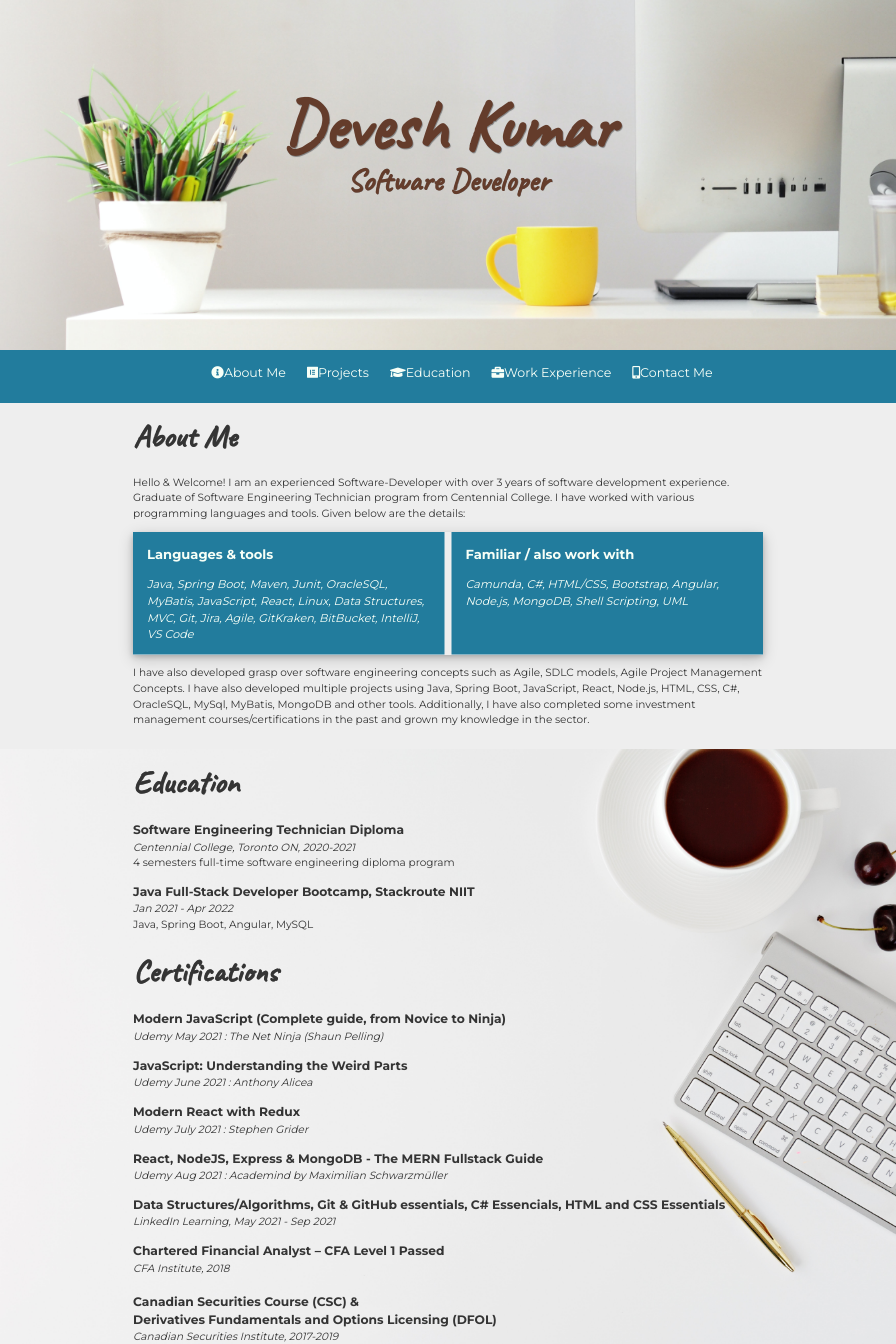
Repository: My-Web-Page/MyWebPage
Page: index.html
An editor plug-in stored every save of this project. The page is shown before and after the next save, followed by the edit.
The browser window is 1280 px wide. The pictures show the part of the page from y = 0 to 1920 px (the page is 4295 px tall before and 3935 px after), at 70% of full size.
Some web libraries are served in a nearby version.

Above is the page before, as saved 2023-04-11 13:57:09.

After the next save:
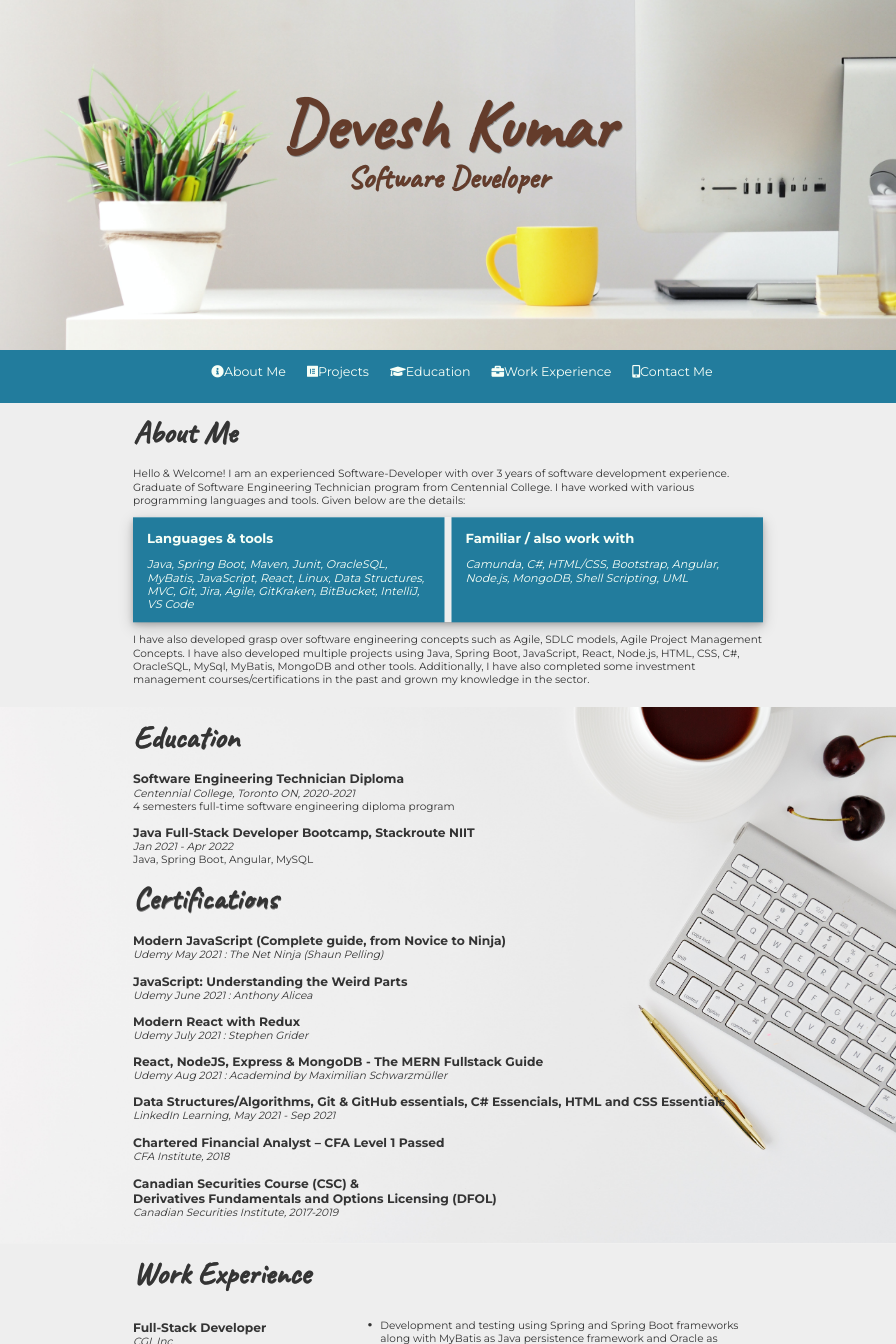
Saved 3 min 40 s later.
--- a/style.css
+++ b/style.css
@@ -29,7 +29,7 @@
         padding: 0;
         font-family: 'Montserrat', sans-serif;
         font-size: 15px;
-        line-height: 1.5;
+        /* line-height: 1.5; */
     }
 
     .clearfix::after {

After the save that followed:
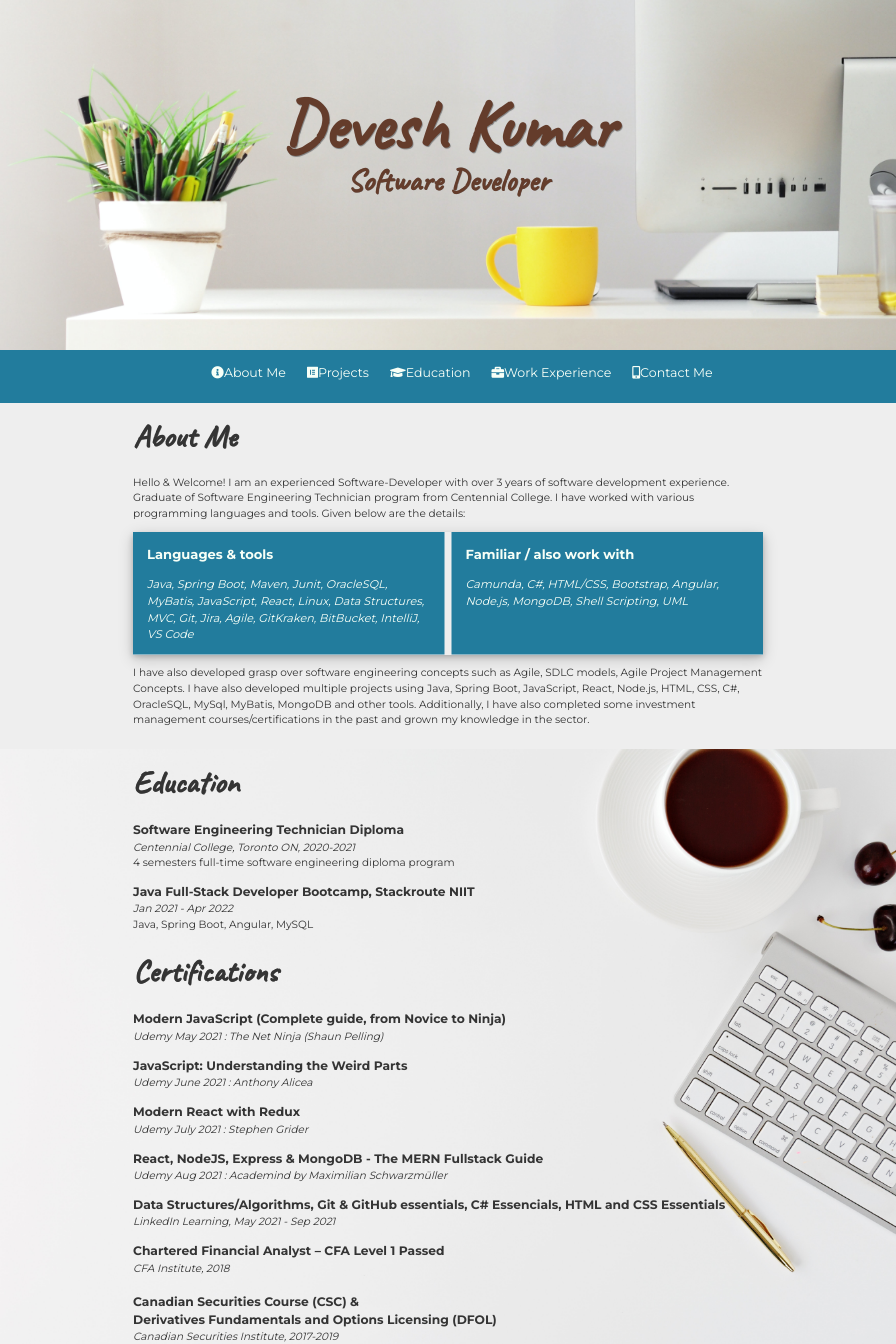
Saved 6 s later.
--- a/style.css
+++ b/style.css
@@ -29,7 +29,7 @@
         padding: 0;
         font-family: 'Montserrat', sans-serif;
         font-size: 15px;
-        /* line-height: 1.5; */
+        line-height: 1.5;
     }
 
     .clearfix::after {
